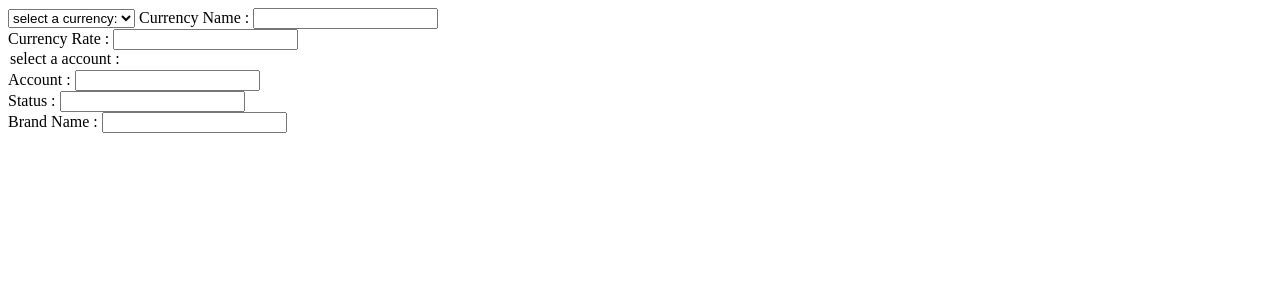
Repository: cheukyin21hk/DudeClothingConsole
Page: http://localhost/DudeClothing/WEB-INF/views/basicInfo.jsp
These files come from the project's save history. The page is drawn as it stood at one moment and after a run of saves; the edit follows.
The browser window is 1280 px wide. The pictures show the whole page.
The page is served by Tomcat 9. Nobody is signed in. The template is opened directly, without the code that normally fills it, so the values that code supplies are empty.

Above is the page before, as saved 2015-05-22 10:21:19.

After the next 2 saves:
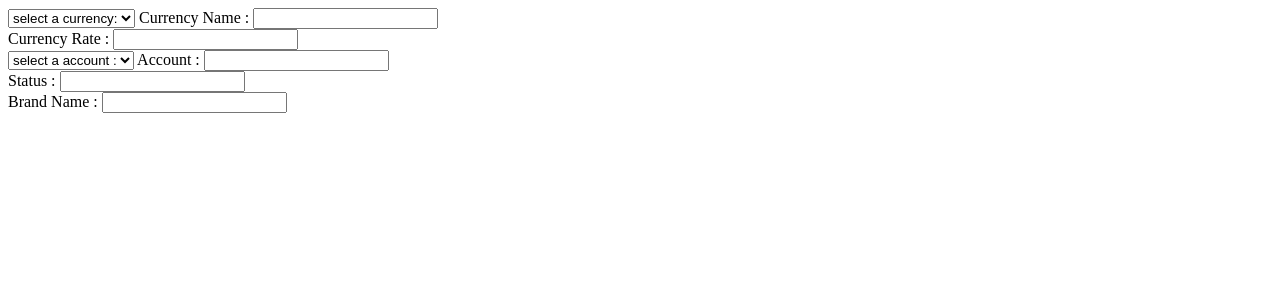
The 2 saves are shown as one change because they came seconds apart.
The last was saved 13 s later.
--- a/DudeClothing/src/main/webapp/WEB-INF/views/basicInfo.jsp
+++ b/DudeClothing/src/main/webapp/WEB-INF/views/basicInfo.jsp
@@ -1,34 +1,34 @@
 <%@ page language="java" contentType="text/html; charset=UTF-8"
-    pageEncoding="UTF-8"%>
+	pageEncoding="UTF-8"%>
 <!DOCTYPE html PUBLIC "-//W3C//DTD HTML 4.01 Transitional//EN" "http://www.w3.org/TR/html4/loose.dtd">
 <html>
 <head>
 <meta http-equiv="Content-Type" content="text/html; charset=UTF-8">
-<title>Dude Clothing - </title>
+<title>Dude Clothing -</title>
 
 </head>
 <body>
 
-<div class="legend1" id="currencyForm">
+	<div class="legend1" id="currencyForm">
 
-<select>
-<option>select a currency:</option>
-</select>
-Currency Name : <input type="text"><br/>
-Currency Rate : <input type="text">
-</div>
+		<select>
+			<option>select a currency:</option>
+		</select> Currency Name : <input type="text"><br /> Currency Rate : <input
+			type="text">
+	</div>
 
-<div class="legend1" id="accountForm">
-<option>select a account :</option>
-Account : <input type="text"><br/>
-</div>
+	<div class="legend1" id="accountForm">
+		<select>
+			<option>select a account :</option>
+		</select> Account : <input type="text"><br />
+	</div>
 
-<div class="legend1" id="statusForm">
-Status : <input type="text"><br/>
-</div>
+	<div class="legend1" id="statusForm">
+		Status : <input type="text"><br />
+	</div>
 
-<div class="legend1" id="brandForm">
-Brand Name : <input type="text"><br/>
-</div>
+	<div class="legend1" id="brandForm">
+		Brand Name : <input type="text"><br />
+	</div>
 </body>
 </html>
